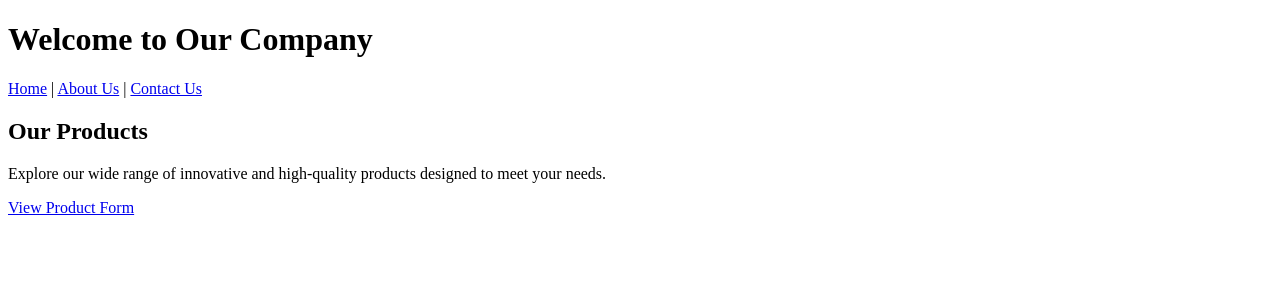
Repository: swathi731/myproject
Page: http://localhost/Home
These files come from the project's save history. The page is drawn as it stood at one moment and after the next save; the edit follows.
The browser window is 1280 px wide. The pictures show the whole page.
The page is this project's Thymeleaf template; nobody is signed in. The template is opened directly, without the code that normally fills it, so the values that code supplies are empty.

Above is the page before, as saved 2024-12-19 10:22:13.

After the next save:
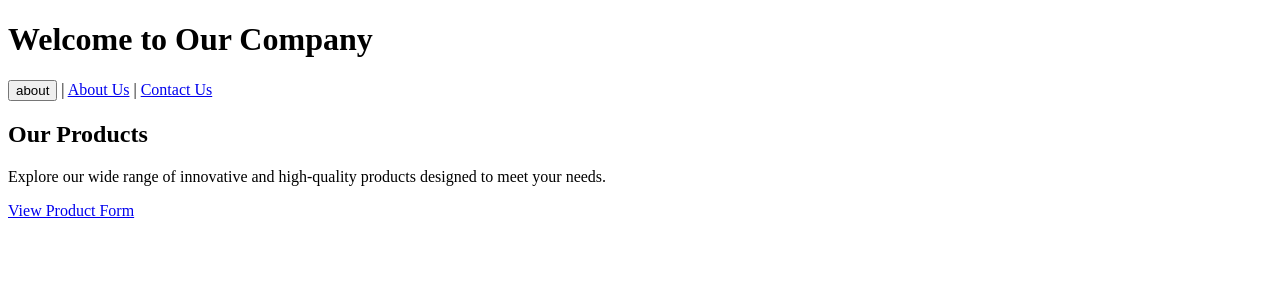
Saved 64 s later.
--- a/Springbootmvc-product/src/main/resources/templates/Home.html
+++ b/Springbootmvc-product/src/main/resources/templates/Home.html
@@ -8,7 +8,8 @@
         <h1>Welcome to Our Company</h1>
     </header>
     <nav>
-        <a href="home.html">Home</a> |
+		<button th:action="@{/about}" method="post">about</button>
+         |
         <a href="about.html">About Us</a> |
         <a href="contact.html">Contact Us</a>
     </nav>
